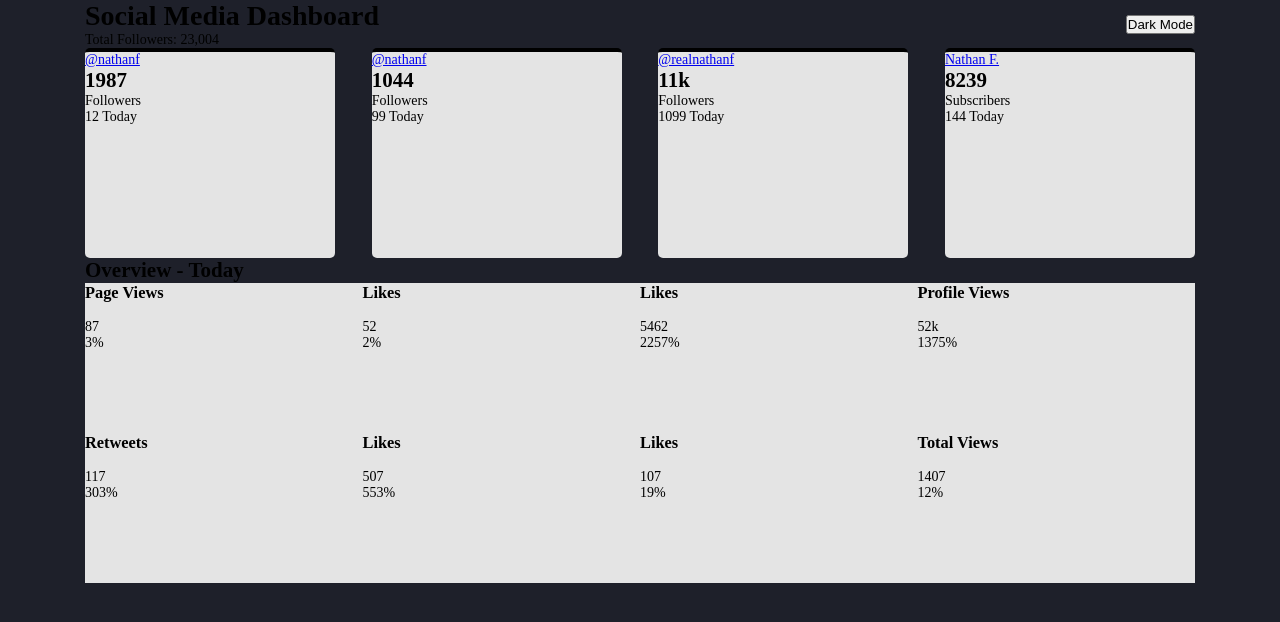
Repository: mamulini/social-media-dashboard-with-theme-switcher-master
Page: index.html
These files come from the project's save history. The page is drawn as it stood at one moment and after the next save; the edit follows.
The browser window is 1280 px wide. The pictures show the whole page.

Above is the page before, as saved 2020-04-06 12:55:46.

After the next save:
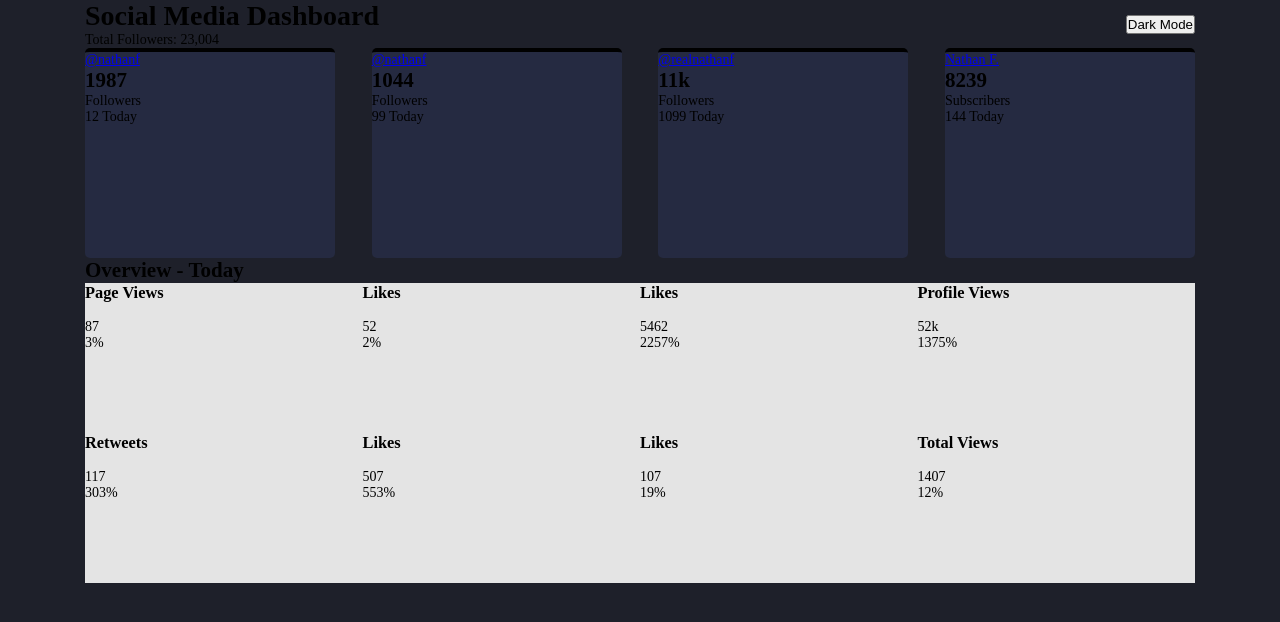
Saved 92 s later.
--- a/css/style.css
+++ b/css/style.css
@@ -32,6 +32,7 @@ body{
     background: #e4e4e4;
     border-top: 4px solid #000;
     border-radius: 5px;
+    background: hsl(228, 28%, 20%);
 }
 
 .likes_counter{
